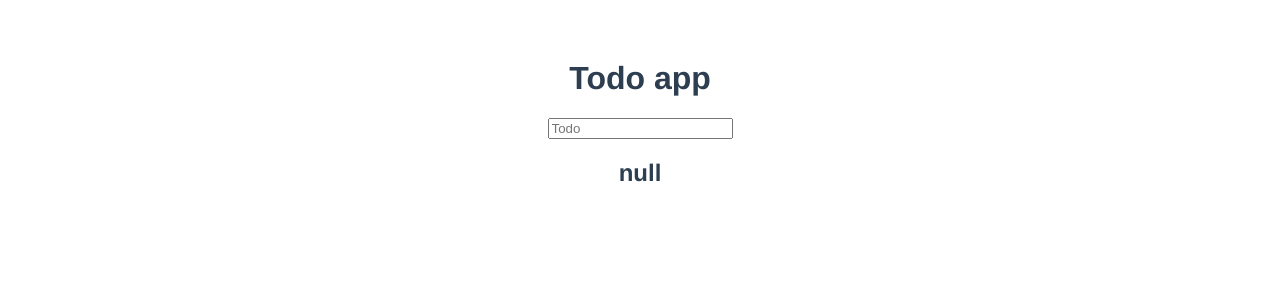
Repository: fgitpush/todoVue
Page: /
The author's editor kept a copy of each file at every save. The page is drawn from the files as they stood at one save, then again after the next save.
The browser window is 1280 px wide. The pictures show the whole page.
The project was rebuilt for these pictures with package versions that can differ from the ones it lists, and the page was loaded fresh each time.

Above is the page before, as saved 2019-12-25 00:31:19.

After the next save:
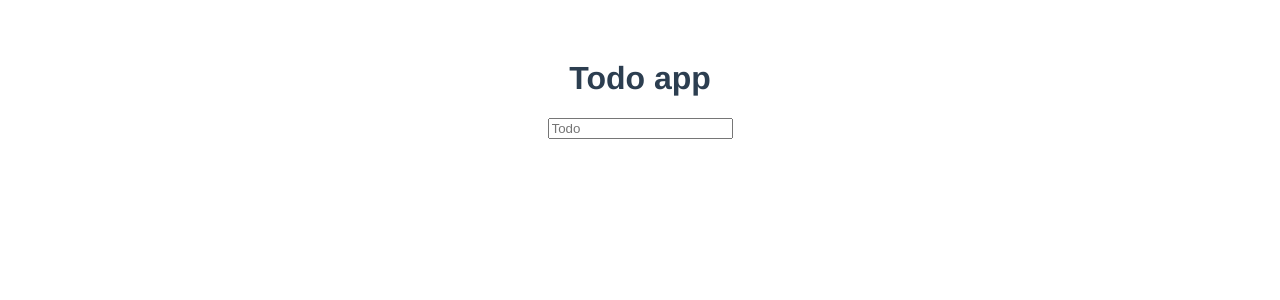
Saved 13 min 34 s later.
--- a/src/components/HelloWorld.vue
+++ b/src/components/HelloWorld.vue
@@ -4,8 +4,8 @@
     <input v-model="something" @keydown.enter="submitTodo" type="text" name="todo" placeholder="Todo">
     <h2>{{ item }}</h2>
     <ul id="example-1">
-      <li v-for="item in something" v-bind="something">
-        {{ item }}
+      <li v-for="item in todos">
+        {{ item.todo }}
       </li>
     </ul>
   </div>
@@ -16,8 +16,8 @@ export default {
   name: 'HelloWorld',
   data: function () {
     return {
-      item: 'null',
-      something: []
+      something:"",
+      todos: []
     }
   },
   props: {
@@ -26,7 +26,8 @@ export default {
   methods:{
     submitTodo()
     {
-      this.item=this.something
+      this.todos.push({ todo: this.something, completed: false });
+      this.something = ''
     }
   }
 }
